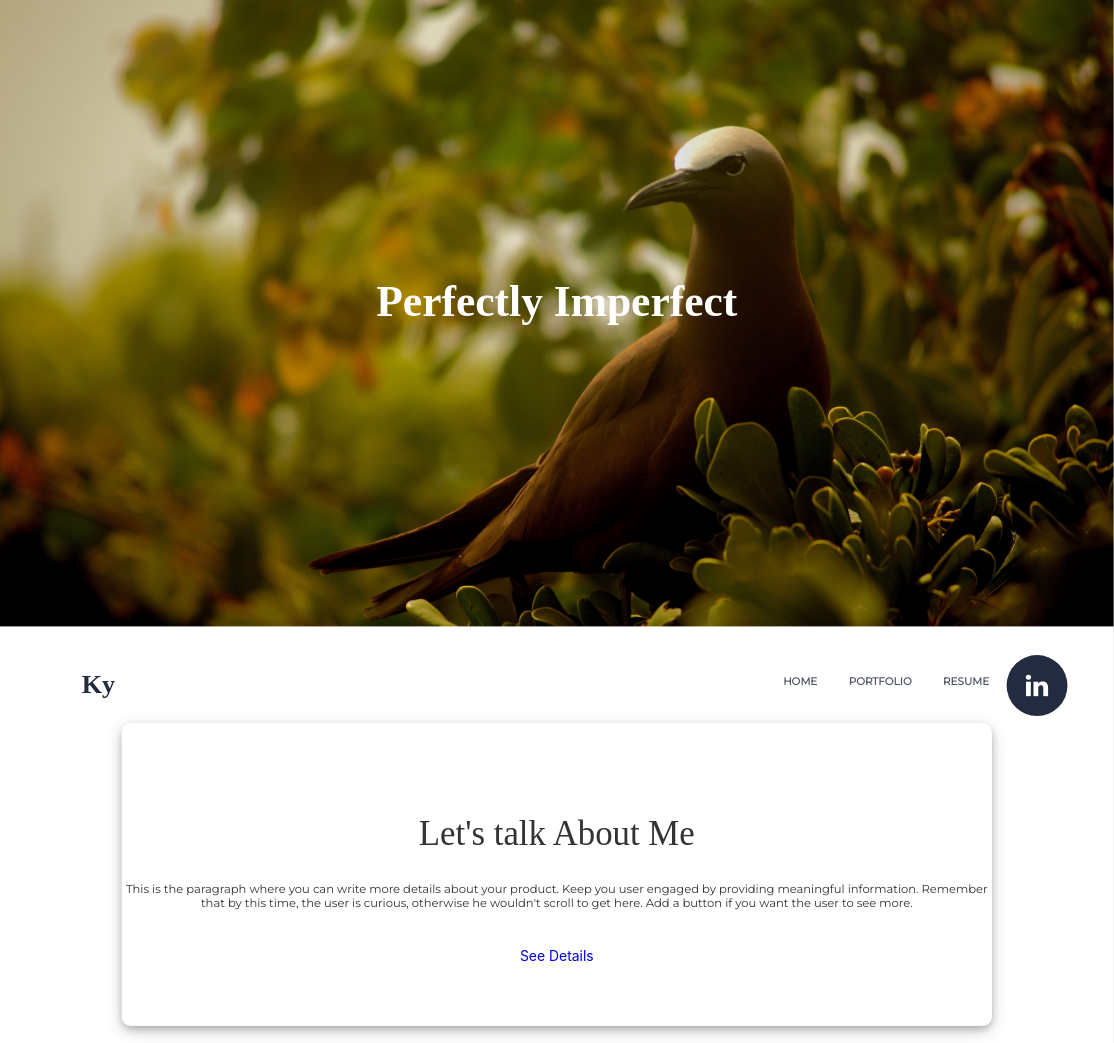
Repository: kkyler24/Perfectly-Imperfect
Page: / (app in imperfect/)
These files come from the project's save history. The page is drawn as it stood at one moment and after the next save; the edit follows.
The browser window is 1280 px wide. The pictures show the whole page, at 87% of full size.
Backgrounds fixed to the window are drawn as part of the page. Some web fonts or font styles are not loaded; a fallback is used. The project was rebuilt for these pictures with package versions that can differ from the ones it lists, and the page was loaded fresh each time.

Above is the page before, as saved 2020-08-06 13:10:22.

### imperfect/public/index.html
<!DOCTYPE html>
<html lang="en">
  <head>
    <meta charset="utf-8" />
    <link rel="icon" href="%PUBLIC_URL%/favicon.ico" />
    <meta name="viewport" content="width=device-width, initial-scale=1" />
    <meta name="theme-color" content="#000000" />
    <meta
      name="description"
      content="Web site created using create-react-app"
    />
    <link
      rel="stylesheet"
      href="https://cdnjs.cloudflare.com/ajax/libs/font-awesome/4.7.0/css/font-awesome.min.css"
    />

    <link
      href="https://fonts.googleapis.com/css2?family=Montserrat&family=Petit+Formal+Script&display=swap"
      rel="stylesheet"
    />

    <title>React App</title>
  </head>
  <body>
    <noscript>You need to enable JavaScript to run this app.</noscript>
    <div id="root"></div>
  </body>
</html>

### imperfect/src/App.js
import React from "react";
import logo from "./logo.svg";
import "./App.css";
import Nav from "./Components/navbarComponent/navbar.js";
import PGHeader from "./Components/Headerindex/header.js";
import AboutMe from "./Components/aboutMeIndex/aboutme.js";

function App() {
  return (
    <div className="App">
      <PGHeader />
      {/* <Nav /> */}
      <AboutMe />
    </div>
  );
}

export default App;

### imperfect/src/App.css
body {
  color: #66615b;
  font-size: 16px;
  box-sizing: border-box;
  display: block;
}

### imperfect/src/Components/navbarComponent/navbar.js
import React from "react";
import "./navbar.css";

function NavBar() {
  return (
    <div>
      <nav
        color-on-scroll="300"
        class="fixed-bottom  navbar-transparent navbar navbar-expand-lg"
      >
        <div class="container-fluid">
          <div class="navbar-translate">
            <a
              id="Kytitle"
              data-placement="bottom"
              target="_blank"
              title="Coded by Creative Tim"
              class="navbar-brand"
              href="#/index"
            >
              Ky
            </a>
            <button aria-expanded="false" class="navbar-toggler navbar-toggler">
              <span class="navbar-toggler-bar bar1"></span>
              <span class="navbar-toggler-bar bar2"></span>
              <span class="navbar-toggler-bar bar3"></span>
            </button>
          </div>
          <div class="justify-content-end collapse navbar-collapse">
            <ul class="navbar-nav">
              <li class="nav-item">
                <a
                  data-placement="bottom"
                  href="https://www.linkedIn"
                  target="_blank"
                  title="Let's connect on LinkedIn"
                  class="nav-link"
                >
                  {/* <i class="fa fa-linkedIn"></i> */}
                </a>
              </li>

              <li class="nav-item">
                <a
                  data-placement="bottom"
                  href="#"
                  target="_blank"
                  title="Follow us on Twitter"
                >
                  {/* <i class="fa fa-twitter"></i> */}
                  <p class="d-lg-none"></p>
                </a>
                <li class="nav-item mr-2rem">
                  <a data-placement="bottom" href="#" target="_blank">
                    {/* <i class="fa fa-github"></i> */}
                    <p class="d-lg-none"></p>
                  </a>
                </li>
              </li>
              <li class="nav-item">
                <a class="nav-link" href="#/index">
                  <i class="nc-icon nc-layout-11"></i> Home
                </a>
              </li>
              <li class="nav-item">
                <a class="nav-link" href="#/index">
                  <i class="nc-icon nc-layout-11"></i> Portfolio
                </a>
              </li>
              <li class="nav-item">
                <a target="_blank" class="nav-link" href="#/documentation">
                  <i class="nc-icon nc-book-bookmark"></i> Resume
                </a>
              </li>
              <li class="nav-item">
                <a
                  href="https://www.linkedin.com/in/ky-kyler-a723b932/"
                  target="_blank"
                  class="fa fa-linkedin"
                ></a>
              </li>
              <li class="nav-item">
                <a
                  data-placement="bottom"
                  href="https://github.com/kkyler24"
                  target="_blank"
                  title="Star on GitHub"
                  class="nav-link"
                >
                  {/* <i class="fa fa-github"></i> */}
                  <p class="d-lg-none"></p>
                </a>
              </li>
            </ul>
          </div>
        </div>
      </nav>
    </div>
  );
}
export default NavBar;

### imperfect/src/Components/Headerindex/header.js
import React from "react";
import "./Indexheader.css";
import Navbar from "../navbarComponent/navbar.js";

function PageHeader(props) {
  return (
    <div>
      <div id="background" className="page-header" data-parallax="true">
        <div className="filter"></div>
        <div className="headerContainer">
          <div className="motto text-center">
            <h1 id="JumboHeaderTitle">Perfectly Imperfect</h1>
            <br />
          </div>
        </div>
      </div>
      <Navbar />
    </div>
  );
}
export default PageHeader;

### imperfect/src/Components/aboutMeIndex/aboutme.js
import React from "react";
import "./aboutme.css";

function Aboutme() {
  return (
    <div className=" card aboutMain">
      <div className="sectionAB text-center">
        <div className="ABccontainer">
          <div class="row">
            <div class="ml-auto mr-auto col-md-8">
              <h2 class="titleAB">Let's talk About Me</h2>
              <h5 class="descriptionAB">
                This is the paragraph where you can write more details about
                your product. Keep you user engaged by providing meaningful
                information. Remember that by this time, the user is curious,
                otherwise he wouldn't scroll to get here. Add a button if you
                want the user to see more.
              </h5>
              <br />
              <a href="#pablo" class="btn-round btn btn-info">
                See Details
              </a>
            </div>
          </div>
        </div>
      </div>
    </div>
  );
}
export default Aboutme;

### imperfect/src/Components/navbarComponent/navbar.css
/* navbar */
#Kytitle {
  font-family: "Petit Formal Script", cursive;
  font-size: 30px;
  color: #222b3f;
  border-bottom: solid 2px rgb(255, 255, 255);
  text-transform: capitalize;
}

.navbar.navbar-transparent {
  background: transparent !important;
  padding-top: 25px;
  box-shadow: none;
}

.navbar .navbar-brand {
  font-weight: 600;
  margin: 5px 0;
  padding: 20px 15px;
  font-size: 14px;
  text-transform: uppercase;
}

.navbar-nav {
  display: flex;
  flex-direction: column;
  padding-left: 0;
  margin-bottom: 0;
  list-style: none;
}
.navbar-brand {
  display: inline-block;
  padding-top: 0.3125rem;
  padding-bottom: 0.3125rem;
  margin-right: 1rem;
  font-size: 1.25rem;
  line-height: inherit;
  white-space: nowrap;
}

.navbar {
  border: 0;
  font-size: 14px;
  padding: 0;
  font-family: "Montserrat", "Helvetica", Arial, sans-serif;
  font-weight: 300;
  align-items: center;
  display: flex;
}
.navbar > .container-fluid {
  display: flex;
  flex-wrap: wrap;
  align-items: center;
  justify-content: space-between;
}

.nav-link {
  display: block;
}

.navbar-toggler {
  padding: 0.25rem 0.75rem;
  font-size: 1.25rem;
  line-height: 1;
  background-color: transparent;
  border: 1px solid transparent;
  border-radius: 0.25rem;
}
button {
  text-transform: none;
  overflow: hidden;
  -webkit-font-smoothing: antialiased;
  font-family: "Montserrat", "Helvetica", Arial, sans-serif;
  font-weight: 300;
  margin: 0;
  text-rendering: auto;
  /* color: -internal-light-dark(buttontext, rgb(170, 170, 170)); */
  letter-spacing: normal;
  word-spacing: normal;
  text-indent: 0px;
  text-shadow: none;
  display: inline-block;
  text-align: center;
  align-items: flex-start;
  font: 400 13.3333px Arial;
}
.navbar .navbar-toggler .navbar-toggler-bar {
  display: block;
  position: relative;
  width: 24px;
  height: 2px;
  border-radius: 1px;
  margin: 0 auto;
}

.navbar.navbar-transparent .navbar-toggler .navbar-toggler-bar {
  background: #222b3f !important;
}

.navbar-transparent .navbar-nav .nav-item .nav-link:not(.btn) {
  color: #222b3f;
  border-color: #222b3f;
}

.navbar .navbar-toggler .navbar-toggler-bar + .navbar-toggler-bar {
  margin-top: 4px;
}

.navbar .navbar-nav .nav-item .nav-link {
  line-height: 1.6;
  margin: 15px 3px;
  padding: 10px 15px;
  opacity: 0.8;
  font-size: 12px;
  text-transform: uppercase;
  font-weight: 600;
}

.navbar .navbar-nav .nav-item .nav-link p {
  margin: 0;
  text-transform: uppercase;
  font-weight: 600;
  font-size: 12px;
  line-height: 1.5em;
  padding: 15px 0;
  color: #222b3f;
}

button:not(:disabled) {
  cursor: pointer;
}

.container-fluid {
  width: 100%;
  padding-right: 15px;
  padding-left: 15px;
  margin-right: 0%;
  margin-left: 5%;
}

.fixed-top {
  position: fixed;
  right: 0;
  left: 0;
  z-index: 1030;
  /* not needed for fixed bottom */
  top: 0;
}

a {
  text-decoration: none;
  background-color: transparent;
}

.collapse:not(.show) {
  display: none;
}

.justify-content-end,
ul {
  justify-content: flex-end !important;
}

.navbar-collapse {
  flex-basis: 100%;
  flex-grow: 1;
  align-items: center;
}

ul {
  margin-top: 0;
}

.navbar .navbar-nav .nav-item .nav-link [class^="fa"] {
  font-size: 17px;
  position: relative;
  right: 5px;
  color: #222b3f;
}
.fa {
  width: 18px;
  text-align: center;
}
/* .fa {
  display: inline-block;
  font: normal normal normal 14px/1 FontAwesome;
  text-rendering: auto;
  -webkit-font-smoothing: antialiased;
} */

.fa {
  padding: 20px;
  font-size: 30px;
  width: 30px;
  text-align: center;
  text-decoration: none;
  margin: 5px 2px;
  border-radius: 50%;
}

.fa:hover {
  opacity: 0.7;
}

/* .nc-icon {
  display: inline-block;
  font: normal normal normal 14px/1 "nucleo-icons";
  font-size: inherit;
  text-transform: none;
  -webkit-font-smoothing: antialiased;
} */

/* .nc-layout-11:before {
  content: "\ea36";
}

.nc-book-bookmark:before {
  content: "\ea0f";
} */

.fa-linkedin {
  background: #222b3f;
  color: white;
}

.fa-github {
  content: "\f09b";
  color: #222b3f;
}

:before {
  box-sizing: border-box;
}

.navbar .navbar-collapse .nav-item .nav-link p {
  display: inline;
}

/* media Q navbar */
@media (min-width: 992px) {
  .navbar-expand-lg {
    flex-flow: row nowrap;
    justify-content: flex-start;
  }
  .navbar {
    justify-content: space-between;
  }
}
/* Li */
@media (min-width: 992px) {
  .navbar-expand-lg .navbar-nav {
    flex-direction: row;
  }
}
@media screen and (max-width: 991px) {
  .navbar-collapse ul {
    position: relative;
    z-index: 3;
    height: 95%;
  }
}

@media screen and (max-width: 991px) {
  .navbar-collapse .navbar-nav > .nav-item > .nav-link {
    color: #222b3f !important;
  }
}

@media screen and (max-width: 991px) {
  .navbar-collapse {
    position: fixed;
    display: block !important;
    top: 0;
    width: 230px;
    right: 0;
    z-index: 1032;
    visibility: visible;
    overflow-y: visible;
    border-top: none;
    text-align: left;
    padding-right: 0;
    padding-left: 40px;
    padding-top: 15px;
    transform: translateX(230px);
    transition: all 0.33s cubic-bezier(0.685, 0.0473, 0.346, 1);
  }
}

@media (max-width: 991.98px) {
  .navbar-expand-lg > .container-fluid {
    padding-right: 0;
    padding-left: 0;
  }
}

@media (min-width: 768px) {
  .container-fluid {
    max-width: 720px;
  }
}

@media (min-width: 992px) {
  .container-fluid {
    max-width: 100%;
  }
}

@media screen and (max-width: 991px) {
  .navbar-translate {
    width: 100%;
    position: relative;
    display: flex;
    justify-content: space-between !important;
    align-items: center;
    transform: translateX(0);
    transition: all 0.33s cubic-bezier(0.685, 0.0473, 0.346, 1);
  }
}

@media (min-width: 992px) {
  .navbar-expand-lg .navbar-toggler {
    display: none;
  }
}

@media screen and (max-width: 991px) {
  .navbar-collapse {
    height: 100% !important;
  }
}

@media (min-width: 992px) {
  .navbar-expand-lg .navbar-collapse {
    display: flex !important;
    flex-basis: auto;
  }
}
/*
@media (min-width: 576px) {
  .container-fluid {
    max-width: 540px;
  }
} */

@media (min-width: 992px) {
  .navbar-expand-lg > .container-fluid {
    flex-wrap: nowrap;
  }
}

### imperfect/src/Components/Headerindex/Indexheader.css
#background {
  background-image: url("../../Assets/imgs/brownnoodyGreatbirdisland.jpg");
  background-attachment: fixed;
  background-repeat: no-repeat;
  background-size: cover;
  height: 700px;
}

.page-header {
  background-position: 50%;
  background-size: cover;
  min-height: 100vh;
  max-height: 999px;
  overflow: hidden;
  position: relative;
  width: 100%;
  z-index: 1;
  display: flex;
  align-items: center;
  justify-content: center;
}

.page-header .filter:after {
  background-color: rgba(0, 0, 0, 0.125);
  content: "";
  display: block;
  height: 100%;
  left: 0;
  top: 0;
  position: absolute;
  width: 100%;
  z-index: 1;
}

.page-header .motto {
  z-index: 3;
  color: #fff;
  position: relative;
  width: max-content;
}

.headerContainer {
  font-family: "Petit Formal Script", cursive;
  display: inline-flex;
  width: 100%;
  /* font-weight: 200; */
  padding-right: 15px;
  padding-left: 15px;
  margin-right: auto;
  margin-left: auto;
  font-size: 50px;
  justify-content: center;
}

.text-center {
  text-align: center !important;
}
div {
  display: block;
}

h1 {
  display: block;
  font-size: 2em;
  margin-block-start: 0.67em;
  margin-block-end: 0.67em;
  margin-inline-start: 0px;
  margin-inline-end: 0px;
  font-weight: bold;
}
@media (max-width: 450px) and (min-width: 280px) {
  #JumboHeaderTitle {
    width: 300px;
    margin: auto;
    font-size: 20px;
    text-align: center;
  }
  #background {
    width: 450px !important;
  }
}
/*
@media (max-width: 570px) and (min-width: 280px) {
  #JumboHeaderTitle {
    width: 400px;
    margin: auto;
    font-size: 20px;
    text-align: center;
  }
} */

/* media Q */
@media (min-width: 992px) {
  .headerContainer {
    max-width: 960px;
  }
}

@media (min-width: 768px) {
  .headerContainer {
    max-width: 720px;
  }
}

@media (min-width: 576px) {
  .headerContainer {
    max-width: 540px;
    font-size: 25px;
  }
}

@media (max-width: 576px) {
  .headerContainer {
    display: flex;
    flex-wrap: wrap;
    max-width: 540px !important;
    font-size: 20px;
    text-align: center;
  }
}

### imperfect/src/Components/aboutMeIndex/aboutme.css
.aboutMain .section:first-of-type {
  position: relative;
  z-index: 3;
  position: relative;
  background: #ffffff;
  margin: -60px 30px 0px;
  box-shadow: 0 16px 24px 2px rgba(0, 0, 0, 0.14),
    0 6px 30px 5px rgba(0, 0, 0, 0.12), 0 8px 10px -5px rgba(0, 0, 0, 0.2);
  border-radius: 6px;
  padding: 70px 0;
}

.card,
.aboutMain {
  width: 700px;
  border-radius: 12px;
  box-shadow: 0 4px 8px 0 rgba(0, 0, 0, 0.2), 0 6px 20px 0 rgba(0, 0, 0, 0.19);
  text-align: center;
  background-color: #fff;
  color: #333;
  margin-bottom: 20px;
  position: relative;
  z-index: 3;
  border: 0;
  transition: transform 0.3s cubic-bezier(0.34, 2, 0.6, 1), box-shadow 0.2s ease;
  display: flex;
  flex-direction: column;
  min-width: 0;
  background-clip: border-box;
  /* border: 1px solid rgba(0, 0, 0, 0.25); */
  /* border-radius: 20px; */
  margin-left: auto;
  margin-right: auto;
}

.sectionAB {
  padding: 70px 0;
  background-color: #fff;
  border-radius: 10px;
}

.text-center {
  text-align: center !important;
}

.titleAB {
  font-family: "Petit Formal Script", cursive;
  font-weight: lighter;
  font-size: 40px;
}

.descriptionAB {
  font-family: "Montserrat", sans-serif;
  font-weight: lighter;
}

.ABcontainer {
  width: 100%;
  margin-right: auto;
  margin-left: auto;
}

row {
  display: flex;
  flex-wrap: wrap;
  margin-right: -15px;
  margin-left: -15px;
}

@media (min-width: 768px) {
  .ABcontainer {
    max-width: 720px;
  }
}

@media (max-width: 992px) {
  .sectionAB {
    max-width: 700px;
  }
}

@media (min-width: 992px) {
  .sectionAB,
  .aboutMain {
    width: 1000px;
  }
}

Loaded but not shown: imperfect/src/index.js (common file); imperfect/src/index.css (common file); imperfect/src/serviceWorker.js (common file)

After the next save:
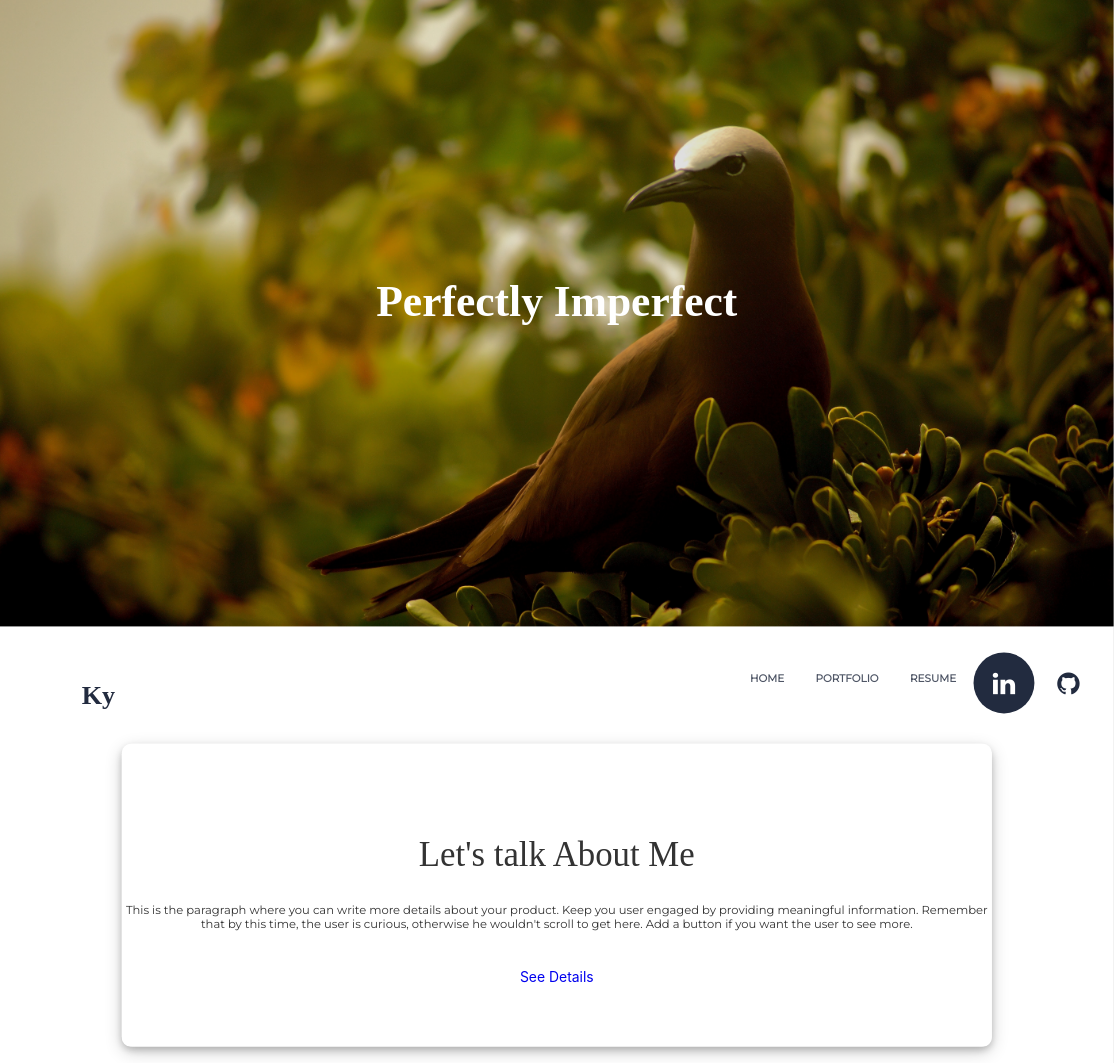
Saved 107 s later.
--- a/imperfect/src/Components/navbarComponent/navbar.js
+++ b/imperfect/src/Components/navbarComponent/navbar.js
@@ -85,7 +85,7 @@ function NavBar() {
                   href="https://github.com/kkyler24"
                   target="_blank"
                   title="Star on GitHub"
-                  class="nav-link"
+                  class="fa fa-github"
                 >
                   {/* <i class="fa fa-github"></i> */}
                   <p class="d-lg-none"></p>
